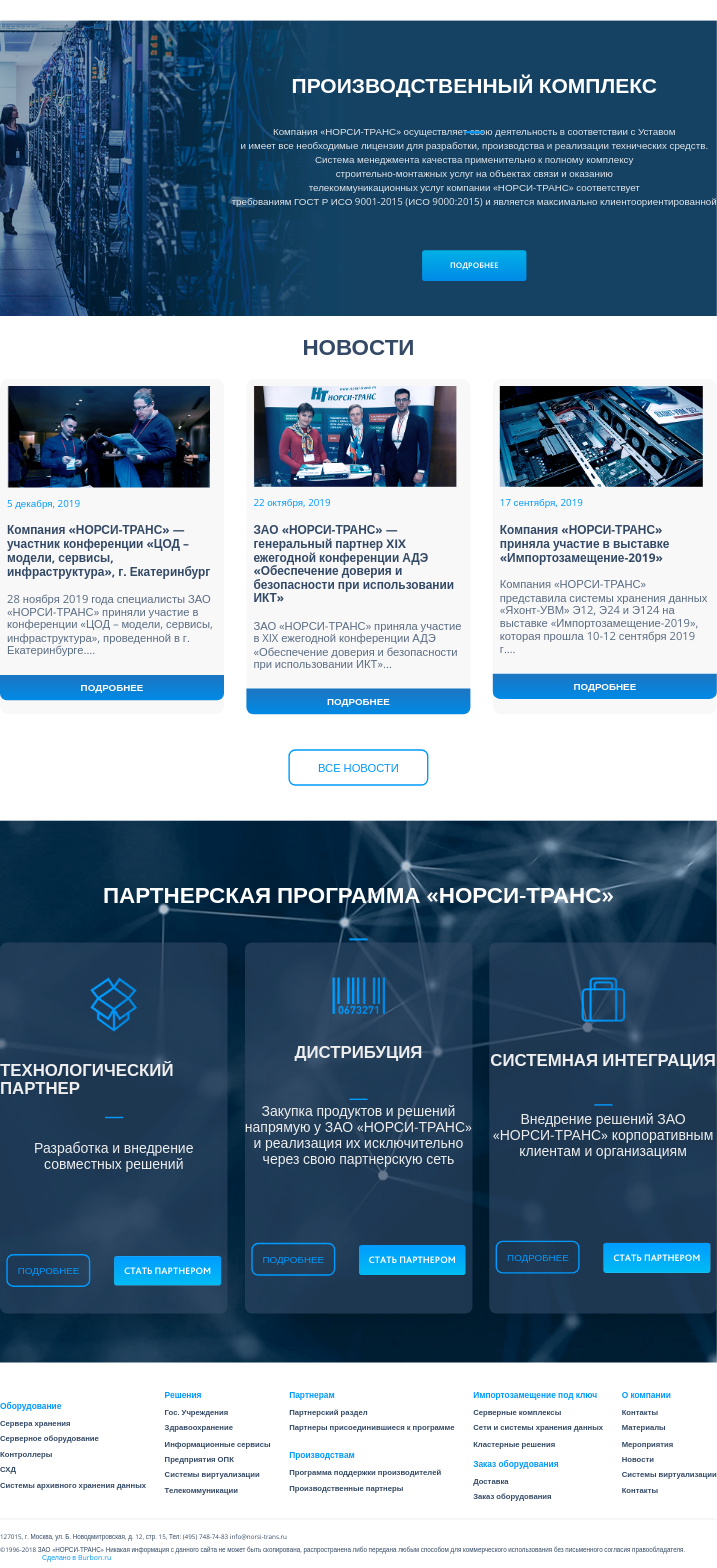
Repository: frostnn/testTaskBurbon
Page: app/index.html
The author's editor kept a copy of each file at every save. The page is drawn from the files as they stood at one save, then again after the next save.
The browser window is 1024 px wide. The pictures show the part of the page from y = 1149 to 3389 px (the page is 3389 px tall before and 3360 px after), at 70% of full size.
The style sheet was rebuilt from its Sass, Less or Tailwind sources for each picture, by a compiler version that may differ from the author's.

Above is the page before, as saved 2020-07-16 11:23:53.

After the next save:
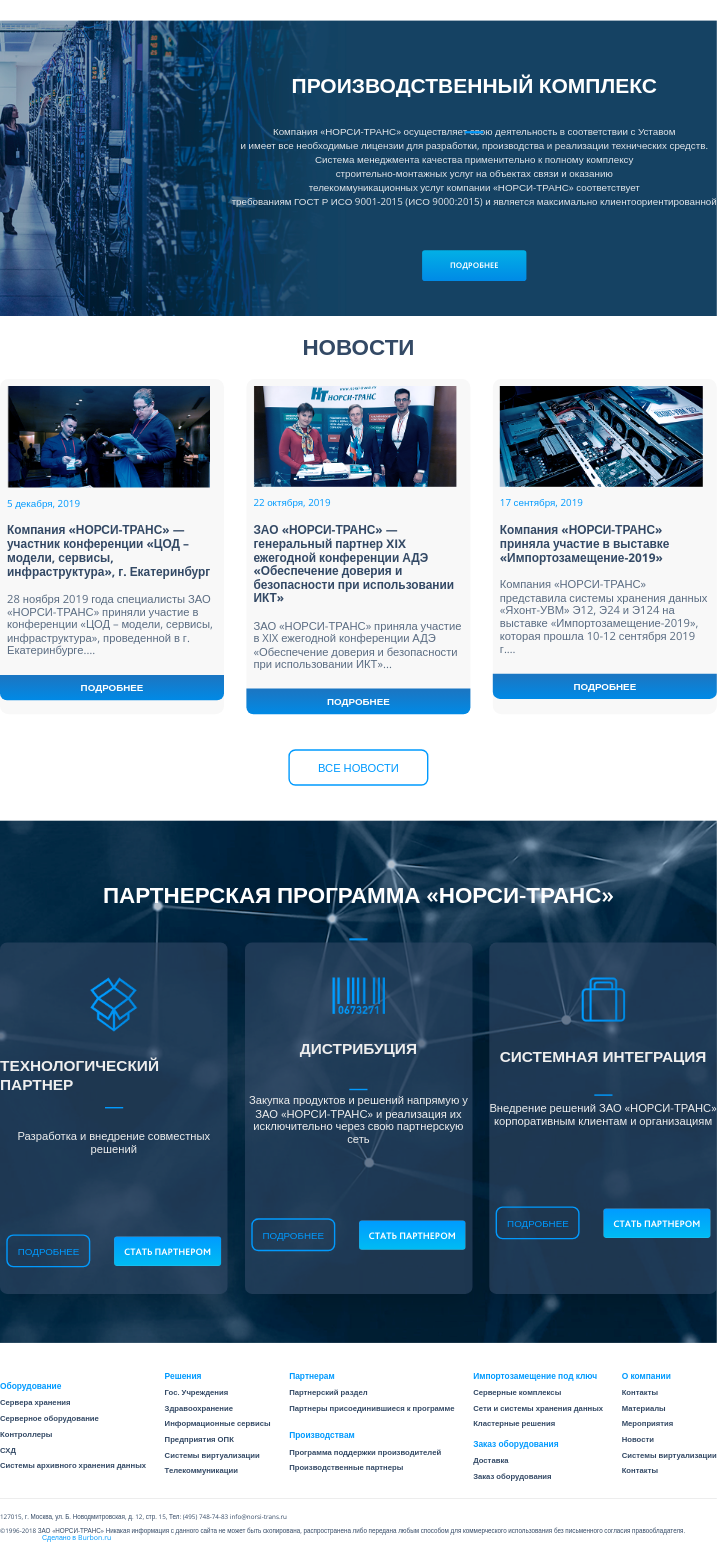
Saved 60 s later.
--- a/app/scss/_media.scss
+++ b/app/scss/_media.scss
@@ -257,4 +257,10 @@
   .program-block .program-block__btn-link {
     padding: 12px 14px;
   }
-}
+  .program-block .program-block__title {
+    font-size: 22px;
+  }
+  .program-block .program-block__text {
+    font-size: 16px;
+}
+}
